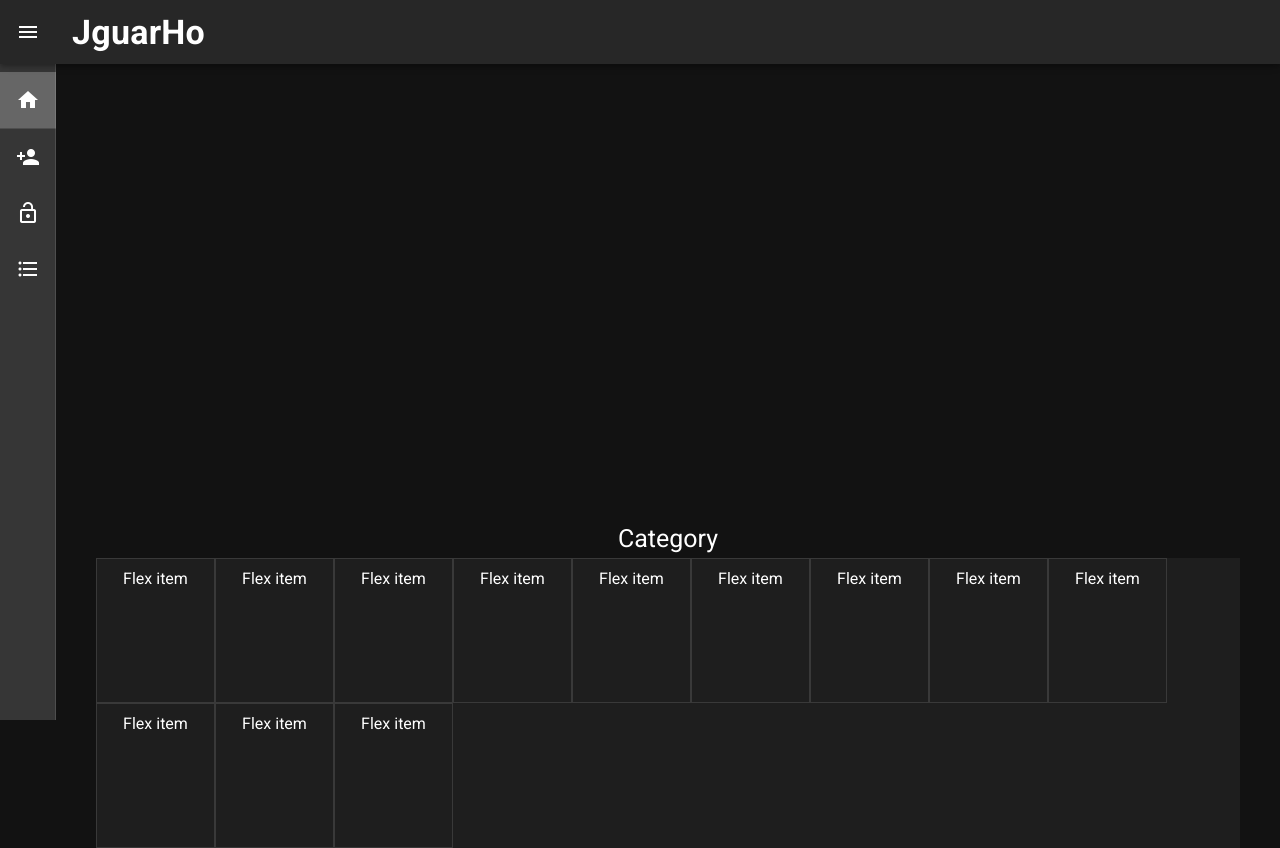
Repository: agent501/MRMS
Page: /
An editor plug-in stored every save of this project. The page is shown before and after the next save, followed by the edit.
The browser window is 1280 px wide. The pictures show the whole page.
The page's requests for data from a server got no answer. The project was rebuilt for these pictures with package versions that can differ from the ones it lists, and the page was loaded fresh each time. No one was signed in, and anything a server would have sent is missing. Also part of the build but not shown: vue.config.js, src/components/Product/products.vue, src/components/Product/product.vue, src/components/Product/createproduct.vue, src/components/User/signin.vue, src/components/User/signup.vue, src/components/User/profile.vue, src/components/Shared/Alert.vue and 2 more. Imported but missing from the stored project, and not drawn on this page: src/router/auth-guard.js.

Above is the page before, as saved 2020-08-05 11:30:45.

After the next save:
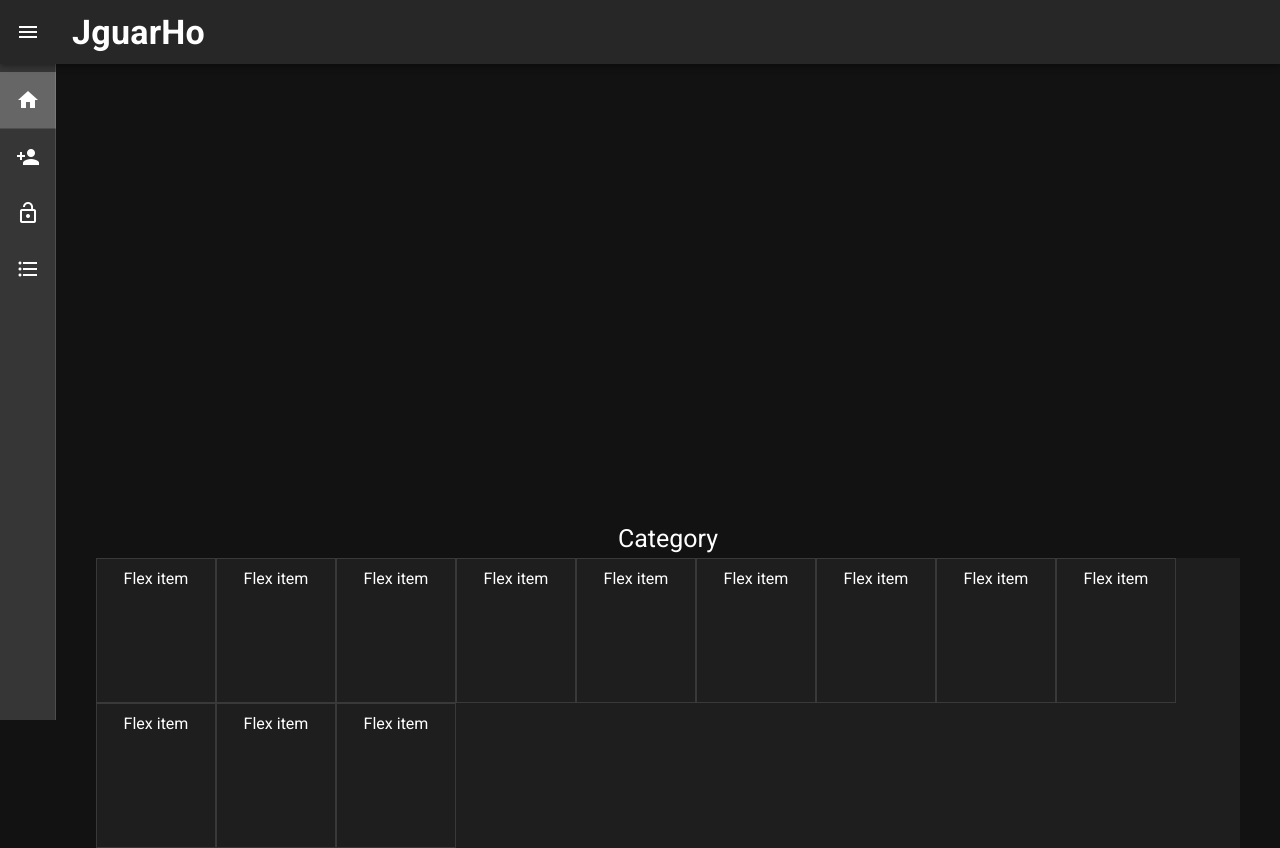
Saved 6 s later.
--- a/src/components/Home.vue
+++ b/src/components/Home.vue
@@ -41,7 +41,7 @@
           v-for="n in 12"
           :key="n"
           class="pa-2"
-          width="119"
+          width="120"
           height="145"
           outlined
           tile
